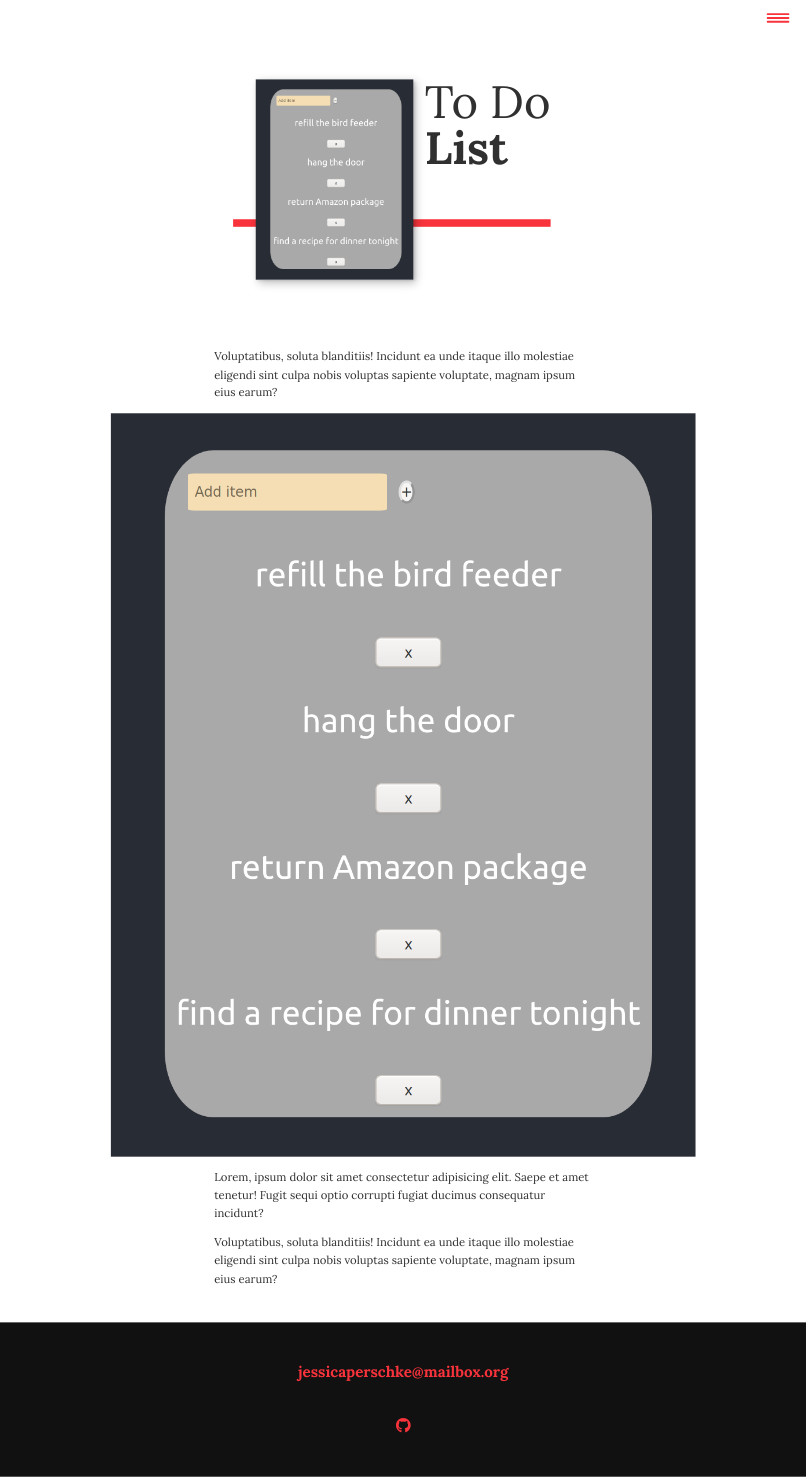
Repository: DinoDime/site
Page: portfolio-item2.html
The author's editor kept a copy of each file at every save. The page is drawn from the files as they stood at one save, then again after the next save.
The browser window is 1280 px wide. The pictures show the whole page, at 63% of full size.
Some web libraries are served in a nearby version.

Above is the page before, as saved 2021-05-03 06:33:00.

### portfolio-item2.html
<!DOCTYPE html>
<html lang="en">
  <head>
    <link
      rel="stylesheet"
      href="https://cdnjs.cloudflare.com/ajax/libs/normalize/8.0.1/normalize.css"
    />
    <meta charset="UTF-8" />
    <meta name="viewport" content="width=device-width, initial-scale=1.0" />
    <title>Jess' Portfolio</title>
    <link
      rel="stylesheet"
      href="https://cdnjs.cloudflare.com/ajax/libs/normalize/7.0.0/normalize.min.css"
    />
    <link
      rel="stylesheet"
      href="https://cdnjs.cloudflare.com/ajax/libs/font-awesome/5.11.2/css/all.css"
      integrity="sha256-46qynGAkLSFpVbEBog43gvNhfrOj+BmwXdxFgVK/Kvc="
      crossorigin="anonymous"
    />

    <!-- Update these with your own fonts -->
    <link
      href="https://fonts.googleapis.com/css?family=Lora:400,700|Roboto+Slab:400,700&display=swap"
      rel="stylesheet"
    />

    <link rel="stylesheet" href="css/style.css" />
  </head>
  <body>
    <header>
      <!--Hamburger button-->
      <button class="nav-toggle" aria-label="toggle navigation">
        <span class="hamburger"></span>
      </button>
      <nav class="nav">
        <ul class="nav__list">
          <li class="nav__item">
            <a href="index.html" class="nav__link">Home</a>
          </li>
          <li class="nav__item">
            <a href="index.html#Skills" class="nav__link">Skills</a>
          </li>
          <li class="nav__item">
            <a href="index.html#about" class="nav__link">About me</a>
          </li>
          <li class="nav__item">
            <a href="index.html#work" class="nav__link">My Work</a>
          </li>
        </ul>
      </nav>
    </header>

    <section class="intro">
      <h1 class="section__title section__title--intro">
        To Do <strong>List</strong>
      </h1>
      <p class="section__subtitle section__subtitle--intro"></p>
      <img src="img/todo2.png" alt="" class="intro__img" />
    </section>

    <div class="portfolio-item-individual">
      <p>
        Voluptatibus, soluta blanditiis! Incidunt ea unde itaque illo molestiae
        eligendi sint culpa nobis voluptas sapiente voluptate, magnam ipsum eius
        earum?
      </p>
      <img src="img/todo2.png" alt="" />
      <p>
        Lorem, ipsum dolor sit amet consectetur adipisicing elit. Saepe et amet
        tenetur! Fugit sequi optio corrupti fugiat ducimus consequatur incidunt?
      </p>
      <p>
        Voluptatibus, soluta blanditiis! Incidunt ea unde itaque illo molestiae
        eligendi sint culpa nobis voluptas sapiente voluptate, magnam ipsum eius
        earum?
      </p>
    </div>

    <!-- Footer -->
    <footer class="footer">
      <!-- replace with your own email address -->
      <a href="mailto:jessicaperschke@mailbox.org" class="footer__link"
        >jessicaperschke@mailbox.org</a
      >
      <ul class="social-list">
        <li class="social-list__item">
          <a class="social-list__link" href="https://github.com/jl-perschke">
            <i class="fab fa-github"></i>
          </a>
        </li>
      </ul>
    </footer>

    <script src="js/index.js"></script>
  </body>
</html>

### css/style.css
*,
*::before,
*::after {
    box-sizing: border-box;
}

/* Custom Properties, update these for your own design */

:root {
    --ff-primary: 'Lora', serif;
    --ff-secondary: 'Roboto Slab', serif;

    --fw-reg: 400;
    --fw-bold: 700;

    --clr-light: #fff;
    --clr-dark: #303030;
    --clr-accent: #f8333c;

    --fs-h1: 3rem;
    --fs-h2: 2.25rem;
    --fs-h3: 1.25rem;
    --fs-body: 1rem;

    --bs: 0.25em 0.25em 0.75em rgba(0,0,0,.25),
          0.125em 0.125em 0.25em rgba(0,0,0,.15);
}

@media (min-width: 800px) {
    :root {
        --fs-h1: 4.5rem;
        --fs-h2: 3.75rem;
        --fs-h3: 1.5rem;
        --fs-body: 1.125rem;
    }
}

/* General styles */

/* endable this to add smooth scrolling */
/* html {
    scroll-behavior: smooth;
} */


body {
    background: var(--clr-light);
    color: var(--clr-dark);
    margin: 0;
    font-family: var(--ff-primary);
    font-size: var(--fs-body);
    line-height: 1.6;
}

section {
    padding: 5em 2em;
}

img {
    display: block;
    max-width: 100%;
}

strong { font-weight: var(--fw-bold) }

:focus {
    outline: 3px solid var(--clr-accent);
    outline-offset: 3px;
}

/* Buttons */

.btn {
    display: inline-block;
    padding: .5em 2.5em;
    background: var(--clr-accent);
    color: var(--clr-dark);
    text-decoration: none;
    cursor: pointer;
    font-size: .8rem;
    text-transform: uppercase;
    letter-spacing: 2px;
    font-weight: var(--fw-bold);
    transition: transform 200ms ease-in-out;
}

.btn:hover {
    transform: scale(1.1);
}

/* Typography */

h1,
h2,
h3 {
    line-height: 1;
    margin: 0;
}

h1 { font-size: var(--fs-h1) }
h2 { font-size: var(--fs-h2) }
h3 { font-size: var(--fs-h3) }


.section__title {
    margin-bottom: .25em;
}

.section__title--intro {
    font-weight: var(--fw-reg);
}

.section__title--intro strong {
    display: block;
}

.section__subtitle {
    margin: 0;
    font-size: var(--fs-h3);
}

.section__subtitle--intro,
.section__subtitle--about {
    background: var(--clr-accent);
    padding: .25em 1em;
    font-family: var(--ff-secondary);
    margin-bottom: 1em;
}

.section__subtitle--work {
    color: var(--clr-accent);
    font-weight: var(--fw-bold);
    margin-bottom: 2em;
}

/* header */

header {
    display: flex;
    justify-content: space-between;
    padding: 1em;
}

.logo {
    max-width: 100px;
}

.nav {
    position: fixed;
    background: var(--clr-dark);
    color: var(--clr-light);
    top: 0;
    bottom: 0;
    left: 0;
    right: 0;
    z-index: 100;

    transform: translateX(100%);
    transition: transform 250ms cubic-bezier(.5, 0, .5, 1);
}

.nav__list {
    list-style: none;
    display: flex;
    height: 100%;
    flex-direction: column;
    justify-content: space-evenly;
    align-items: center;
    margin: 0;
    padding: 0;
}

.nav__link {
    color: inherit;
    font-weight: var(--fw-bold);
    font-size: var(--fs-h2);
    text-decoration: none;
}

.nav__link:hover {
    color: var(--clr-accent);
}

.nav-toggle {
    padding: .5em;
    background: transparent;
    border: 0;
    cursor: pointer;
    position: absolute;
    right: 1em;
    top: 1em;
    z-index: 1000;
}

.nav-open .nav {
    transform: translateX(0);
}

.nav-open .nav-toggle {
    position: fixed;
}

.nav-open .hamburger {
    transform: rotate(.625turn);
}

.nav-open .hamburger::before {
    transform: rotate(90deg) translateX(-6px);
}

.nav-open .hamburger::after {
    opacity: 0;
}






.hamburger {
    display: block;
    position: relative;
}

.hamburger,
.hamburger::before,
.hamburger::after {
    background: var(--clr-accent);
    width: 2em;
    height: 3px;
    border-radius: 1em;
    transition: transform 250ms ease-in-out;
}


.hamburger::before,
.hamburger::after {
    content: '';
    position: absolute;
    left: 0;
    right: 0;
}

.hamburger::before { top: 6px; }
.hamburger::after { bottom: 6px; }


/*  Intro section  */

.intro {
    position: relative;
}

.intro__img {
    box-shadow: var(--bs);
}

.section__subtitle--intro {
    display: inline-block;
}

@media (min-width: 600px) {
    .intro {
        display: grid;
        width: min-content;
        margin: 0 auto;
        grid-column-gap: 1em;
        grid-template-areas:
            "img title"
            "img subtitle";
        grid-template-columns: min-content max-content;
    }

    .intro__img {
        grid-area: img;
        min-width: 250px;
        position: relative;
        z-index: 2;
    }

    .section__subtitle--intro {
        align-self: start;
        grid-column: -1 / 1;
        grid-row: 2;
        text-align: right;
        position: relative;
        left: -1.5em;
        width: calc(100% + 1.5em);
    }
}



/*  My services section  */

.my-services {
    background-color: var(--clr-dark);
    background-image: url(../img/services-bg.jpg);
    background-size: cover;
    /* background-blend-mode: multiply; */
    color: var(--clr-light);
    text-align: center;
}

.section__title--services {
    color: var(--clr-accent);
    position: relative;
}

.section__title--services::after {
    content: '';
    display: block;
    width: 2em;
    height: 1px;
    margin: 0.5em auto 1em;
    background: var(--clr-light);
    opacity: 0.25;
}

.services {
    margin-bottom: 4em;
}

.service {
    max-width: 500px;
    margin: 0 auto;
}

@media (min-width: 800px) {
    .services {
        display: flex;
        max-width: 1000px;
        margin-left: auto;
        margin-right: auto;
    }

    .service + .service {
        margin-left: 2em;
    }
}


.about-me {
    max-width: 1000px;
    margin: 0 auto;
}

.about-me__img {
    box-shadow: var(--bs);
}

@media (min-width: 600px) {
    .about-me {
        display: grid;
        grid-template-columns: 1fr 200px;
        grid-template-areas:
            "title img"
            "subtitle img"
            "text img";
        grid-column-gap: 2em;
    }

    .section__title--about {
        grid-area: title;
    }

    .section__subtitle--about {
        grid-column: 1 / -1;
        grid-row: 2;
        position: relative;
        left: -1em;
        width: calc(100% + 2em);
        padding-left: 1em;
        padding-right: calc(200px + 4em);
    }

    .about-me__img {
        grid-area: img;
        position: relative;
        z-index: 2;
    }
}

/* My Work */

.my-work {
    background-color: var(--clr-dark);
    color: var(--clr-light);
    text-align: center;
}

.portfolio {
    display: grid;
    grid-template-columns: repeat(auto-fit, minmax(300px, 1fr));
}

.portfolio__item {
    background: var(--clr-accent);
    overflow: hidden;
}

.portfolio__img {
    transition:
        transform 750ms cubic-bezier(.5, 0, .5, 1),
        opacity 250ms linear;
}

.portfolio__item:focus {
    position: relative;
    z-index: 2;
}

.portfolio__img:hover,
.portfolio__item:focus .portfolio__img {
    transform: scale(1.2);
    opacity: .5;
}


/* footer */

.footer {
    background: #111;
    color: var(--clr-accent);
    text-align: center;
    padding: 2.5em 0;
    font-size: var(--fs-h3);

}

.footer a {
    color: inherit;
    text-decoration: none;
}

.footer__link {
    font-weight: var(--fw-bold);
}

.footer__link:hover,
.social-list__link:hover {
    opacity: .7;
}

.footer__link:hover {
    text-decoration: underline;
}

.social-list {
    list-style: none;
    display: flex;
    justify-content: center;
    margin: 2em 0 0;
    padding: 0;
}

.social-list__item {
    margin: 0 .5em;
}

.social-list__link {
    padding: .5em;
}


/* Individual portfolio item styles */

.portfolio-item-individual {
    padding: 0 2em 2em;
    max-width: 1000px;
    margin: 0 auto;
}

.portfolio-item-individual p {
    max-width: 600px;
    margin-left: auto;
    margin-right: auto;
}

Loaded but not shown: js/index.js (common file)

After the next save:
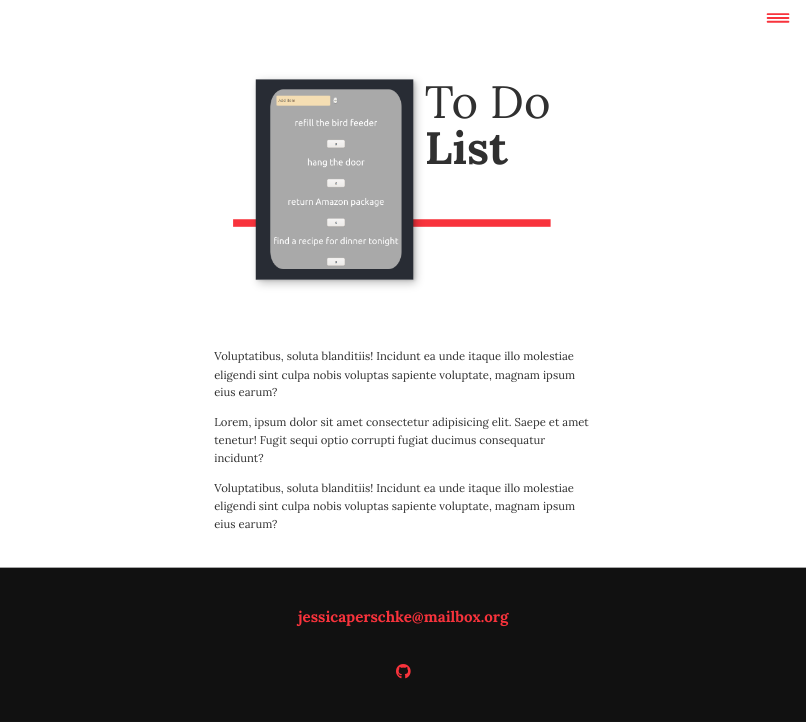
Saved 51 s later.
--- a/portfolio-item2.html
+++ b/portfolio-item2.html
@@ -65,7 +65,6 @@
         eligendi sint culpa nobis voluptas sapiente voluptate, magnam ipsum eius
         earum?
       </p>
-      <img src="img/todo2.png" alt="" />
       <p>
         Lorem, ipsum dolor sit amet consectetur adipisicing elit. Saepe et amet
         tenetur! Fugit sequi optio corrupti fugiat ducimus consequatur incidunt?
